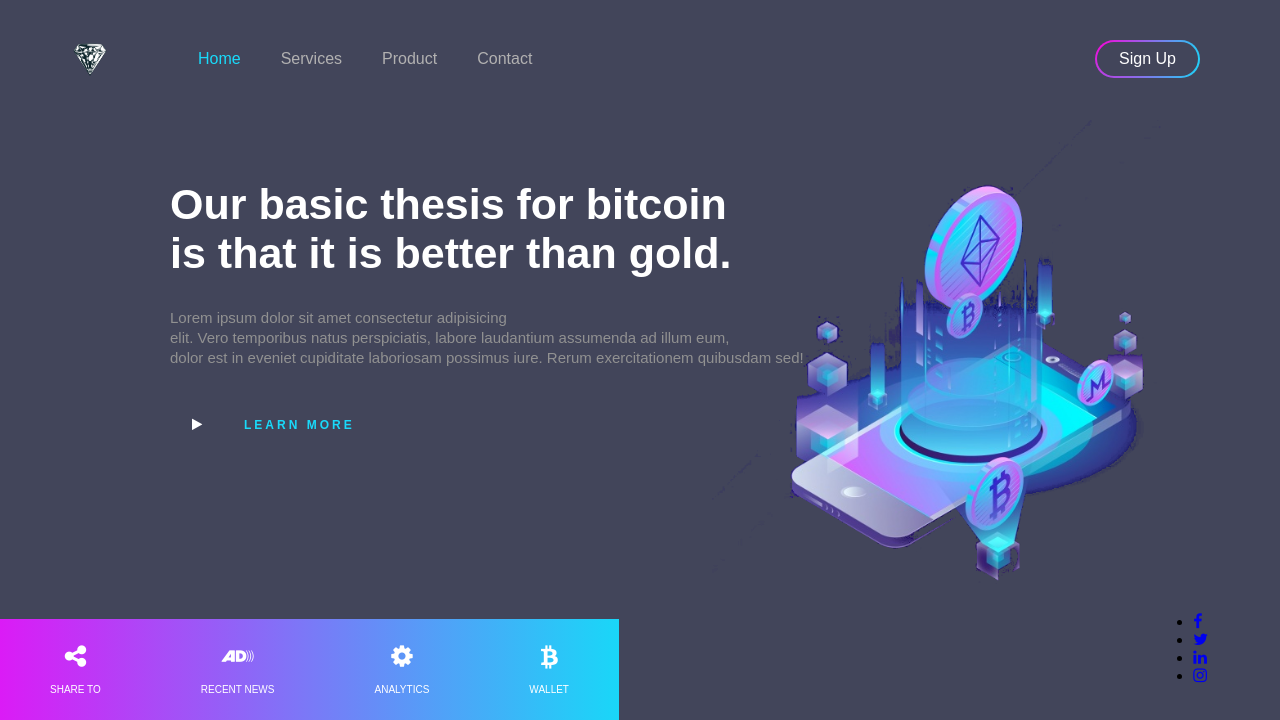
Repository: Aakarshit-Sharma19/Basic-HTML-and-CSS-Page-
Page: index.html
These files come from the project's save history. The page is drawn as it stood at one moment and after the next save; the edit follows.
The browser window is 1280 px wide. The pictures show the whole page.

Above is the page before, as saved 2020-11-10 17:12:53.

After the next save:
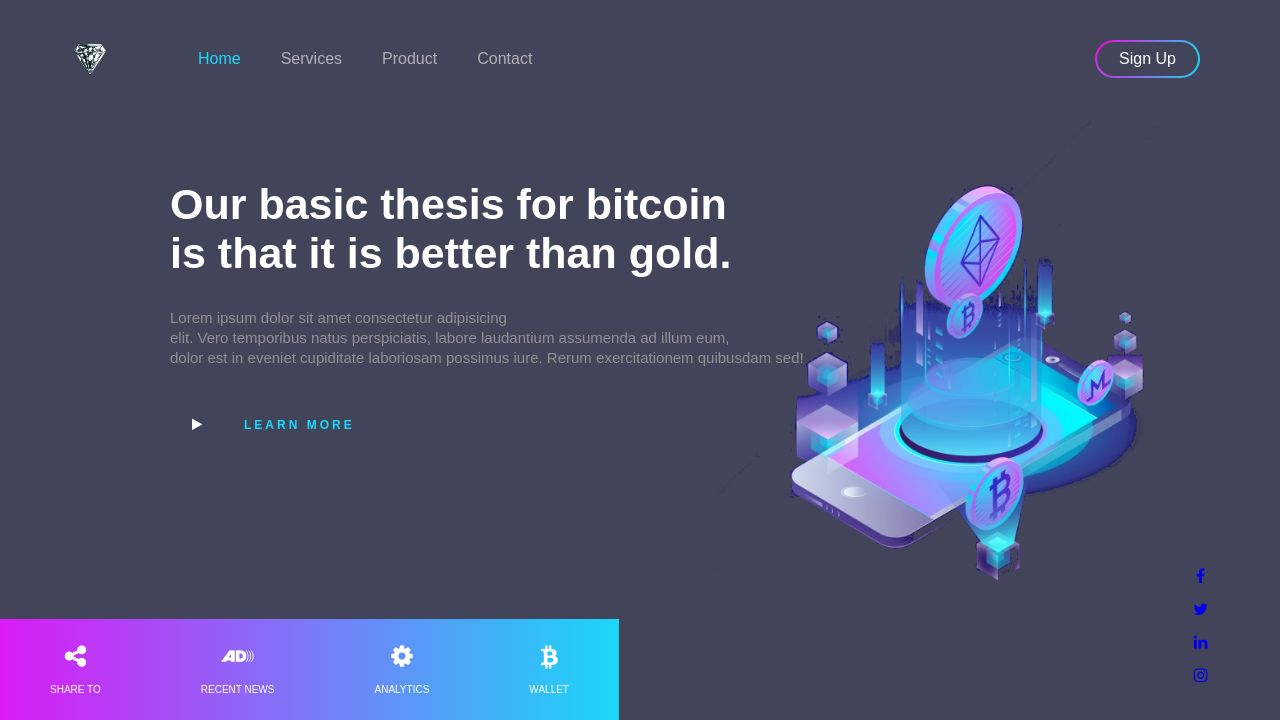
Saved 82 s later.
--- a/style.css
+++ b/style.css
@@ -159,3 +159,9 @@ small{
     bottom: 35px;
     position: absolute;
 }
+
+.social-icons ul li{
+    list-style: none;
+    margin-top: 15px;
+    text-align: center;
+}
